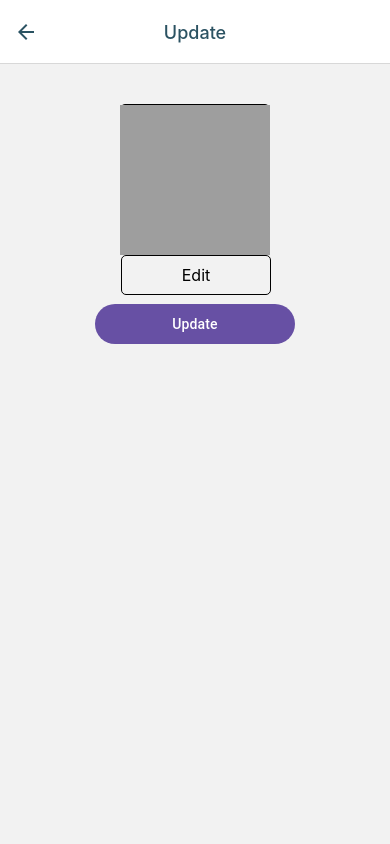
Repository: SaudCh/Expo-Pethub
Screen: /UpdateProfile
The author's editor kept a copy of each file at every save. The screen is drawn from the files as they stood at one save, then again after a run of saves.
Pictures or frames that could not be fetched are drawn as grey boxes. The app was drawn by React Native's web renderer in a window 390 px wide. The project was rebuilt for these pictures with package versions that can differ from the ones it lists, and the page was loaded fresh each time. Also part of the build but not shown: Screens/Signup.js, Screens/Home.js, Screens/Profile.js, Components/Avatar.js.

Above is the screen before, as saved 2022-11-15 00:34:33.

### App.js
import { StatusBar } from 'expo-status-bar';
import 'react-native-gesture-handler';
import { StyleSheet, Text, View } from 'react-native';
import { Provider as PaperProvider } from 'react-native-paper';
import AppNavigator from './Components/Navigator';

export default function App() {
  return (
    <PaperProvider>
      <AppNavigator />
    </PaperProvider>
  );
}

const styles = StyleSheet.create({
  container: {
    flex: 1,
    backgroundColor: '#fff',
    alignItems: 'center',
    justifyContent: 'center',
  },
});

### Components/Navigator.js
// In App.js in a new project

import * as React from 'react';
import { View, Text } from 'react-native';
import { NavigationContainer } from '@react-navigation/native';
import { createNativeStackNavigator } from '@react-navigation/native-stack';
import Login from '../Screens/Login';
import Signup from '../Screens/Signup';
import Home from '../Screens/Home';
import Profile from '../Screens/Profile';
import UpdateProfile from '../Screens/UpdateProfile';
import Avatar from './Avatar';

function HomeScreen() {
    return (
        <View style={{ flex: 1, alignItems: 'center', justifyContent: 'center' }}>
            <Text>Home Screen</Text>
        </View>
    );
}

const Stack = createNativeStackNavigator();

function AppNavigator() {
    return (
        <NavigationContainer>
            <Stack.Navigator>
                <Stack.Screen name="Login" component={Login} options={{
                    title: 'Login',
                    headerTintColor: "#2B5262",
                    headerTitleAlign: 'center'
                }} />

                <Stack.Screen name="Signup" component={Signup} options={{
                    title: 'Signup',
                    headerTintColor: "#2B5262",
                    headerTitleAlign: 'center'
                }} />

                <Stack.Screen name="Home" component={Home}
                    options={{
                        title: 'Home',
                        headerTintColor: "#2B5262",
                        headerTitleAlign: 'center',
                        headerRight: () => (
                            <Avatar />
                        )
                    }}
                />

                <Stack.Screen name="Profile" component={Profile} options={{
                    title: 'Profile',
                    headerTintColor: "#2B5262",
                    headerTitleAlign: 'center'
                }} />
                <Stack.Screen name="UpdateProfile" component={UpdateProfile} options={{
                    title: 'Update',
                    headerTintColor: "#2B5262",
                    headerTitleAlign: 'center',
                }} />

            </Stack.Navigator>
        </NavigationContainer>
    );
}

export default AppNavigator;

### Screens/Login.js
import { useNavigation } from "@react-navigation/native";
import React, { useState, useEffect } from "react";
import { View, Text, StyleSheet, ActivityIndicator, Alert } from 'react-native'
import { TextInput, Button } from "react-native-paper"

export default function Login() {

    const navigation = useNavigation()

    const [data, setData] = useState({
        email: '',
        password: ''
    })

    return (
        <View style={{ ...styles.body }}>
            <View style={{ ...styles.box }}>
                <View>
                    <TextInput
                        mode="outlined"
                        placeholder="Email"
                        style={{ marginBottom: 10 }}
                        value={data.email}
                        onChangeText={text => setData({ ...data, email: text })}
                    />
                </View>
                <View>
                    <TextInput
                        mode="outlined"
                        placeholder="Password"
                        value={data.password}
                        style={{ marginBottom: 10 }}
                        onChangeText={text => setData({ ...data, password: text })}
                        secureTextEntry
                    />
                </View>
                <View>
                    <Button mode="contained" onPress={() => navigation.replace('Home')} style={{ marginTop: 10 }} >
                        Login
                    </Button>

                    <Button onPress={() => navigation.navigate("Signup")} style={{ backgroundColor: 'transparent' }}>
                        <Text style={{ ...styles.bottomText }}>Switch to Signup</Text>
                    </Button>
                </View>
            </View>
        </View >
    );
}
const styles = StyleSheet.create({
    body: {
        flex: 1,
        alignItems: "center",
        justifyContent: 'center',
        backgroundColor: '#A9CCCF'
    },
    box: {
        shadowColor: "#000",
        shadowOffset: {
            width: 0,
            height: 3,
        },
        shadowOpacity: 0.27,
        shadowRadius: 4.65,
        elevation: 6,
        borderRadius: 10,

        backgroundColor: "#fff",
        padding: 20,
        width: 350
    },
    inputText: {
        fontWeight: 'bold'
    },
    bottomText: {
        fontSize: 16
    }
});

### Screens/UpdateProfile.js
import { Image, StyleSheet, Text, TouchableOpacity, View } from 'react-native'
import React from 'react'
import { Button } from 'react-native-paper'
import { useNavigation } from '@react-navigation/native';

export default function Profile() {
    const navigation = useNavigation();
    return (
        <View style={{ flex: 1, margin: 10 }}>
            <View style={{ alignSelf: 'center', marginTop: 30, width: 150, height: 150, borderWidth: 1, borderRadius: 5 }}>
                <Image
                    style={styles.image}
                    source={{
                        uri: 'https://www.pngarts.com/files/6/User-Avatar-in-Suit-PNG.png',
                    }}
                />
                <TouchableOpacity onPress={()=>console.log("Pressed")} style={styles.editIcon}>
                    <Text style={{ fontSize: 16 }}>Edit</Text>
                </TouchableOpacity>
            </View>


            <Button onPress={() => navigation.goBack()} mode='contained' style={{ width: 200, alignSelf: 'center', marginTop: 50 }}>
                Update
            </Button>
        </View>
    )
}

const styles = StyleSheet.create({
    image: {
        width: 150,
        height: 150,
        alignSelf: 'center',
        resizeMode: "cover"
    },
    editIcon: {
        width: 150,
        height: 40,
        borderWidth: 1,
        borderRadius: 5,
        alignItems: "center",
        justifyContent: "center",

    }

})

After the next 2 saves:
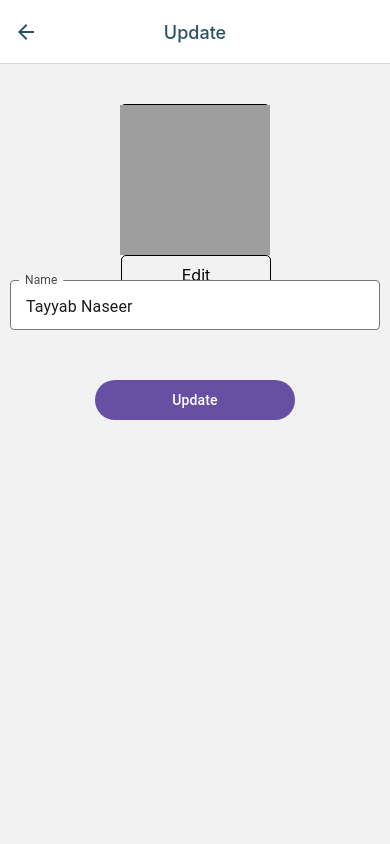
The 2 saves are shown as one change because 1 did not build or start.
The last was saved 77 s later.
--- a/Screens/UpdateProfile.js
+++ b/Screens/UpdateProfile.js
@@ -1,6 +1,6 @@
 import { Image, StyleSheet, Text, TouchableOpacity, View } from 'react-native'
 import React from 'react'
-import { Button } from 'react-native-paper'
+import { Button, TextInput } from 'react-native-paper'
 import { useNavigation } from '@react-navigation/native';
 
 export default function Profile() {
@@ -14,33 +14,42 @@ export default function Profile() {
                         uri: 'https://www.pngarts.com/files/6/User-Avatar-in-Suit-PNG.png',
                     }}
                 />
-                <TouchableOpacity onPress={()=>console.log("Pressed")} style={styles.editIcon}>
+                <TouchableOpacity onPress={() => console.log("Pressed")} style={styles.editIcon}>
                     <Text style={{ fontSize: 16 }}>Edit</Text>
                 </TouchableOpacity>
             </View>
 
+            <View style={{ marginTop: 20 }}>
+                <TextInput
+                    label="Name"
+                    value="Tayyab Naseer"
+                    mode="outlined"
+                    style={{ backgroundColor: 'white' }}
+                />
+            </View>
 
-            <Button onPress={() => navigation.goBack()} mode='contained' style={{ width: 200, alignSelf: 'center', marginTop: 50 }}>
-                Update
-            </Button>
-        </View>
-    )
+
+                <Button onPress={() => navigation.goBack()} mode='contained' style={{ width: 200, alignSelf: 'center', marginTop: 50 }}>
+                    Update
+                </Button>
+            </View>
+            )
 }
 
-const styles = StyleSheet.create({
-    image: {
-        width: 150,
-        height: 150,
-        alignSelf: 'center',
-        resizeMode: "cover"
+            const styles = StyleSheet.create({
+                image: {
+                width: 150,
+            height: 150,
+            alignSelf: 'center',
+            resizeMode: "cover"
     },
-    editIcon: {
-        width: 150,
-        height: 40,
-        borderWidth: 1,
-        borderRadius: 5,
-        alignItems: "center",
-        justifyContent: "center",
+            editIcon: {
+                width: 150,
+            height: 40,
+            borderWidth: 1,
+            borderRadius: 5,
+            alignItems: "center",
+            justifyContent: "center",
 
     }
 
